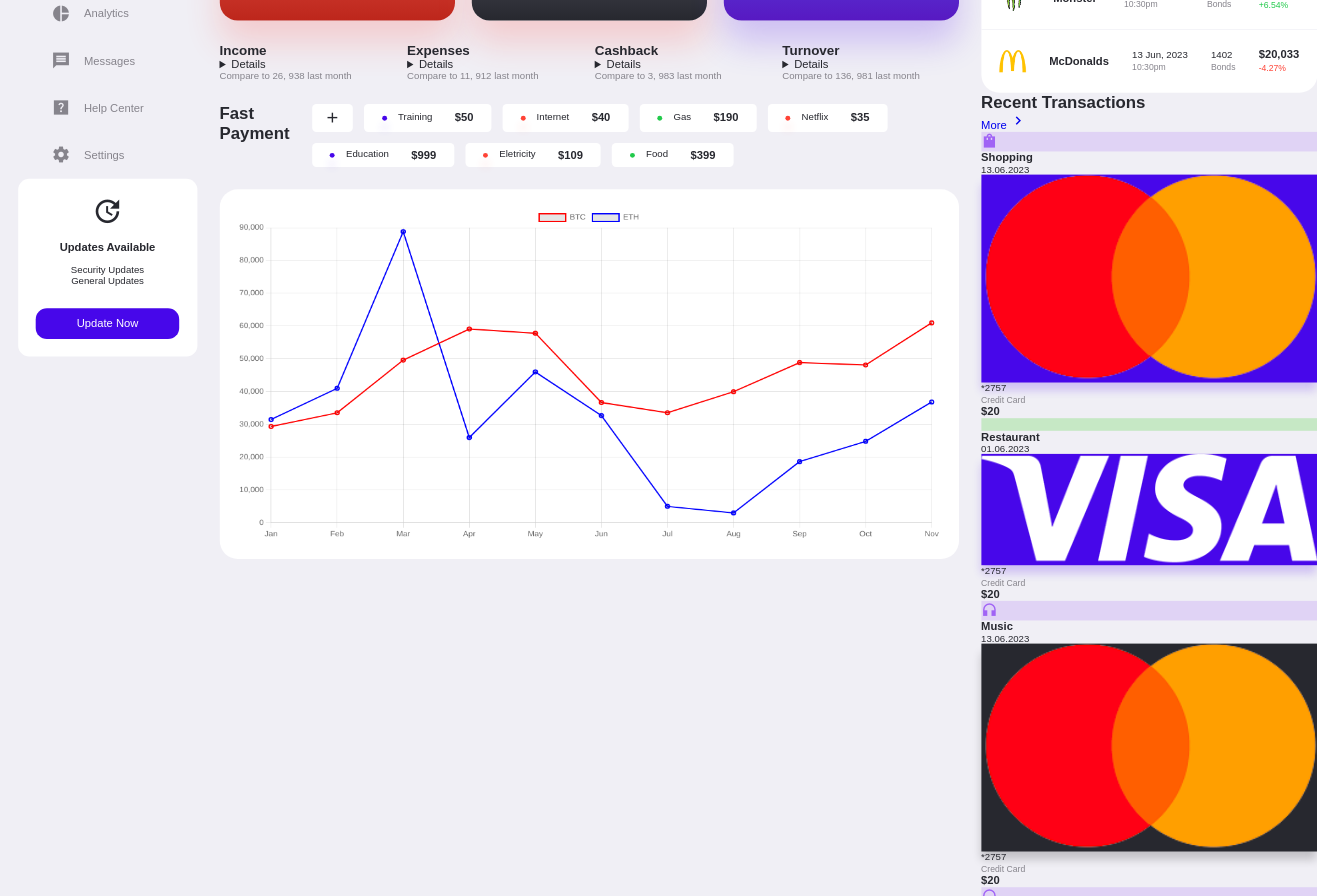
Repository: eziocdl/Admin_Dash
Page: index.html
These files come from the project's save history. The page is drawn as it stood at one moment and after the next save; the edit follows.
The browser window is 1280 px wide. The page is 1882 px wide, so the pictures cover 1882 px, including what lies to the right of the window. The pictures show the part of the page from y = 378 to 1658 px (the page is 2522 px tall before and 2383 px after), at 70% of full size.
Some web libraries are served in a nearby version.

Above is the page before, as saved 2023-06-15 13:41:19.

### index.html
<!DOCTYPE html>
<html lang="pt-BR">
<head>
    <meta charset="UTF-8">
    <meta http-equiv="X-UA-Compatible" content="IE=edge">
    <meta name="viewport" content="width=device-width, initial-scale=1.0">
    <title>DashBoard Responsiva</title>
    <!--MATERIAL ICONS CDN-->
    <link href="https://fonts.googleapis.com/icon?family=Material+Icons+Sharp" rel="stylesheet">
    <!--GOOGLE FONTES (POPPINS)-->
    <link rel="preconnect" href="https://fonts.googleapis.com">
<link rel="preconnect" href="https://fonts.gstatic.com" crossorigin>
<link href="https://fonts.googleapis.com/css2?family=Poppins:wght@300;400;500;600;700&display=swap"
   rel="stylesheet">
    <!--STYLESHEET-->
<link rel="stylesheet" href="style.css">
</head>
<body>
    <!--NAVEGACAO-->
    <nav>
        <div class="container">
            <img src="./images/logo.png" class="logo">
            <div class="search-bar">
                <span class="material-icons-sharp">search</span>
                <input type="search" placeholder="Search">
            </div>
            <div class="profile-area">
                <div class="theme-btn">
                    <span class="material-icons-sharp active">light_mode</span>
                    <span class="material-icons-sharp">dark_mode</span>
            </div>
            <div class="profile">
                    <div class="profile-photo">
                        <img src="./images/profile-1.jpg">
                    </div>
                    <h5>Asgard</h5>
                    <span class="material-icons-sharp">expand_more</span>
            </div>
            <button id="menu-btn">
                    <span class="material-icons-sharp">menu</span>
                </button>

            </div>

        </div>
    </nav>
    <!--FINAL DA NAVEGACAO-->

    <main>
        <aside>
            <button id="close-btn">
                <span class="material-icons-sharp">close</span>

            </button>

            <div class="sidebar">
                <a href="#" class="active">
                    <span class="material-icons-sharp">dashboard</span>
                    <h4>Dashboard</h4>
                </a>

                <a href="#">
                    <span class="material-icons-sharp">currency_exchange</span>
                    <h4>Exchange</h4>
                </a>

                <a href="#">
                    <span class="material-icons-sharp">account_balance_wallet</span>
                    <h4>Wallet</h4>
                </a>

                <a href="#">
                    <span class="material-icons-sharp">payment</span>
                    <h4>Transactions</h4>
                </a>

                <a href="#">
                    <span class="material-icons-sharp">pie_chart</span>
                    <h4>Analytics</h4>
                </a>

                <a href="#">
                    <span class="material-icons-sharp">message</span>
                    <h4>Messages</h4>
                </a>

                <a href="#">
                    <span class="material-icons-sharp">help_center</span>
                    <h4>Help Center</h4>
                </a>

                <a href="#">
                    <span class="material-icons-sharp">settings</span>
                    <h4>Settings</h4>
                </a>
            </div>
            <!------------------FINAL DO SIDEBAR------------------------------------------------>
            <div class="updates">
                <span class="material-icons-sharp">update</span>
                    <h4>Updates Available</h4>
                    <p>Security Updates</p>
                    <p>General Updates</p>
                    <a href="#">Update Now</a>
            </div>
        </aside>
        <!--FINAL DO ASIDE-->

        <section class="middle">
            <div class="header">
                <h1>Overview</h1>
                <input type="date">
            </div>

            <div class="cards">
                <div class="card">
                    <div class="top">
                        <div class="left">
                            <img src="./images/BTC.png">
                            <h2>BTC</h2>
                        </div>
                        <img src="./images/visa.png" class="right">
                    </div>

                    <div class="middle">
                             <h1>$827,199</h1>
                             <div class="chip">
                               <img src="./images/card chip.png">
                            </div>
                    </div>

                    <div class="bottom">
                        <div class="left">
                           <small>Card Holder</small>
                           <h5>JOHN DOE</h5>
                        </div>

                        <div class="right">
                            <div class="expiry">
                                <small>Expiry</small>
                                <h5>12/25</h5>
                            </div>
                            <div class="cvv">
                                <small>CVV</small>
                                <h5>123</h5>
                            </div>
                        </div>
                    </div>
                </div>
                <!-------------------FINAL DO CARTAO------------------------------------------------->
                <div class="card">
                    <div class="top">
                        <div class="left">
                            <img src="./images/ETH.png">
                            <h2>ETH</h2>
                        </div>
                        <img src="./images/master card.png" class="right">
                    </div>

                    <div class="middle">
                        <h1>$95,623</h1>
                        <div class="chip">
                            <img src="./images/card chip.png">
                        </div>
                    </div>

                    <div class="bottom">
                        <div class="left">
                           <small>Card Holder</small>
                           <h5>JOHN DOE</h5>
                        </div>

                        <div class="right">
                            <div class="expiry">
                                <small>Expiry</small>
                                <h5>05/27</h5>
                            </div>
                            <div class="cvv">
                                <small>CVV</small>
                                <h5>456</h5>
                            </div>
                        </div>
                    </div>
                </div>
                <!-------------------FINAL DO CARTAO 1------------------------------------------------->

                <div class="card">
                    <div class="top">
                        <div class="left">
                            <img src="./images/BTC.png">
                            <h2>BTC</h2>
                        </div>
                     <img src="./images/visa.png" class="right">
                    </div>

                    <div class="middle">
                        <h1>$74,384</h1>
                        <div class="chip">
                            <img src="./images/card chip.png">
                        </div>

                    </div>

                    <div class="bottom">
                        <div class="left">
                           <small>Card Holder</small>
                           <h5>JOHN DOE</h5>
                        </div>

                        <div class="right">
                            <div class="expiry">
                                <small>Expiry</small>
                                <h5>08/24</h5>
                            </div>
                            <div class="cvv">
                                <small>CVV</small>
                                <h5>789</h5>
                            </div>
                        </div>
                    </div>
                </div>
                <!-------------------FINAL DO CARTAO 2------------------------------------------------->
            </div>

            <!-------------------FINAL DOS CARDS-------------------------------------------------->
            <div class="monthly-report">
                <div class="report">
                     <h3>Income</h3>
                     <div>
                        <details>
                            <h1>29,023</h1>
                            <h6 class="success">+3.5%</h6>
                        </details>
                        <p class="text-muted">Compare to 26,
                        938 last month</p>
                     </div>
                </div>
               <!-- END OF INCOME REPORT--->
                <div class="report">
                    <h3>Expenses</h3>
                    <div>
                       <details>
                           <h1>9,005</h1>
                           <h6 class="danger">-6.5%</h6>
                       </details>
                       <p class="text-muted">Compare to 11,
                       912 last month</p>
                    </div>
               </div>
               <!-- END OF EXPENSES REPORT --->
               <div class="report">
                     <h3>Cashback</h3>
                     <div>
                        <details>
                            <h1>4,7004</h1>
                            <h6 class="success">+7.5%</h6>
                        </details>
                        <p class="text-muted">Compare to 3,
                        983 last month</p>
                     </div>
                </div>
                <!-- END OF CASHBACK REPORT --->
                <div class="report">
                     <h3>Turnover</h3>
                     <div>
                        <details>
                            <h1>118,900</h1>
                            <h6 class="danger">+17.8%</h6>
                        </details>
                        <p class="text-muted">Compare to 136,
                        981 last month</p>
                     </div>
                </div>
                <!-- END OF TURNOVER REPORT --->
            </div>

            <!--END OF MONTLY REPORT-->
            <div class="fast-payment">
                 <h2>Fast Payment</h2>
                 <div class="badges">
                      <div class="badge">
                        <span class="material-icons-sharp">
                        add</span>
                      </div>
                      <div class="badge">
                           <span class="bg-primary"></span>
                           <div>
                              <h5>Training</h5>
                              <h4>$50</h4>
                           </div>
                      </div>
                       <div class="badge">
                           <span class="bg-danger"></span>
                           <div>
                              <h5>Internet</h5>
                              <h4>$40</h4>
                           </div>
                      </div>
                      <div class="badge">
                           <span class="bg-success"></span>
                           <div>
                              <h5>Gas</h5>
                              <h4>$190</h4>
                           </div>
                      </div>
                      <div class="badge">
                           <span class="bg-danger"></span>
                           <div>
                              <h5>Netflix</h5>
                              <h4>$35</h4>
                           </div>
                      </div>
                      <div class="badge">
                           <span class="bg-primary"></span>
                           <div>
                              <h5>Education</h5>
                              <h4>$999</h4>
                           </div>
                      </div>
                      <div class="badge">
                           <span class="bg-danger"></span>
                           <div>
                              <h5>Eletricity</h5>
                              <h4>$109</h4>
                           </div>
                      </div>
                      <div class="badge">
                           <span class="bg-success"></span>
                           <div>
                              <h5>Food</h5>
                              <h4>$399</h4>
                           </div>
                      </div>
                </div>
            </div>

            <!--END OF PAYMENT---------------->

            <canvas id="chart"></canvas>

        </section>
        <!--FINAL DO MIDDLE-->
        <section class="right">
            <div class="investments">
                <div class="header">
                    <h2>Investments</h2>
                    <a href="#">More <span class="material-icons-sharp">
                        chevron_right</span></a>
                </div>

                <div class="investment">
                        <img src="./images/uniliver.png">
                        <h4>Uniliver</h4>
                        <div class="date-time">
                          <p>13 Jun, 2023</p>
                          <small class="text-muted">10:30pm</small>
                        </div>
                        <div class="bonds">
                              <p>1402</p>
                              <small class="text-muted">Bonds</small>
                        </div>
                        <div class="amount">
                              <h4>$20,033</h4>
                              <small class="success">+8.27%</small>
                        </div>
                    </div>
                    <!--END OF INVESTIMENT-->
                    <div class="investment">
                        <img src="./images/tesla.png">
                        <h4>Tesla</h4>
                        <div class="date-time">
                            <p>13 Jun, 2023</p>
                            <small class="text-muted">10:30pm</small>
                        </div>
                        <div class="bonds">
                              <p>1402</p>
                              <small class="text-muted">Bonds</small>
                        </div>
                        <div class="amount">
                              <h4>$20,033</h4>
                              <small class="success">+36.09%</small>
                        </div>
                    </div>
                    <!--END OF INVESTIMENT-->
                    <div class="investment">
                            <img src="./images/monster.png">
                            <h4>Monster</h4>
                            <div class="date-time">
                              <p>13 Jun, 2023</p>
                              <small class="text-muted">10:30pm</small>
                            </div>
                            <div class="bonds">
                              <p>1402</p>
                              <small class="text-muted">Bonds</small>
                            </div>
                            <div class="amount">
                              <h4>$20,033</h4>
                              <small class="success">+6.54%</small>
                            </div>
                    </div>
                    <!--END OF INVESTIMENT-->
                    <div class="investment">
                        <img src="./images/mcdonalds.png">
                        <h4>McDonalds</h4>
                        <div class="date-time">
                          <p>13 Jun, 2023</p>
                          <small class="text-muted">10:30pm</small>
                        </div>
                        <div class="bonds">
                              <p>1402</p>
                              <small class="text-muted">Bonds</small>
                        </div>
                        <div class="amount">
                              <h4>$20,033</h4>
                              <small class="danger">-4.27%</small>
                        </div>
                    </div>
                    <!--END OF INVESTIMENTS-->
                 </div>
            </div>
            <!--END OF INVESTIMENTS-->

            <div class="recent-transations">
                <div class="header">
                    <h2>Recent Transactions</h2>
                    <a href="#">More <span class="material-icons-sharp">chevron_right</span></a>
                </div>

                <div class="transation">
                    <div class="service">
                        <div class="icon bg-purple-light">
                            <span class="material-icons-sharp purple">shopping_bag</span>
                        </div>
                        <div class="details">
                            <h4>Shopping</h4>
                            <p>13.06.2023</p>
                        </div>
                    </div>
                    <div class="card-details">
                        <div class="card bg-primary">
                            <img src="./images/master card.png">
                        </div>
                        <div class="details">
                            <P>*2757</P>
                             <small class="text-muted">Credit Card</small>
                        </div>
                    </div>
                    <h4>$20</h4>
                </div>
                <!--END OF RECENT TRANSATION-->
                <div class="transation">
                    <div class="service">
                        <div class="icon bg-success-light">
                            <span class="material-icons-sharp success"></span>
                        </div>
                        <div class="details">
                            <h4>Restaurant</h4>
                            <p>01.06.2023</p>
                        </div>
                    </div>
                    <div class="card-details">
                        <div class="card bg-primary">
                            <img src="./images/visa.png">
                        </div>
                        <div class="details">
                            <P>*2757</P>
                             <small class="text-muted">Credit Card</small>
                        </div>
                    </div>
                    <h4>$20</h4>
                </div>
                <!--END OF RECENT TRANSATION-->
                <div class="transation">
                    <div class="service">
                        <div class="icon bg-purple-light">
                            <span class="material-icons-sharp purple">headphones</span>
                        </div>
                        <div class="details">
                            <h4>Music</h4>
                            <p>13.06.2023</p>
                        </div>
                    </div>
                    <div class="card-details">
                        <div class="card bg-dark">
                            <img src="./images/master card.png">
                        </div>
                        <div class="details">
                            <P>*2757</P>
                             <small class="text-muted">Credit Card</small>
                        </div>
                    </div>
                    <h4>$20</h4>
                </div>
                <!--END OF RECENT TRANSATION-->
                <div class="transation">
                    <div class="service">
                        <div class="icon bg-purple-light">
                            <span class="material-icons-sharp purple">headphones</span>
                        </div>
                        <div class="details">
                            <h4>Music</h4>
                            <p>13.06.2023</p>
                        </div>
                    </div>
                    <div class="card-details">
                        <div class="card bg-danger">
                            <img src="./images/visa.png">
                        </div>
                        <div class="details">
                            <P>*2757</P>
                             <small class="text-muted">Credit Card</small>
                        </div>
                    </div>
                    <h4>$20</h4>
                </div>
                <!--END OF RECENT TRANSATION-->
                <div class="transation">
                    <div class="service">
                        <div class="icon bg-purple-light">
                            <span class="material-icons-sharp purple">headphones</span>
                        </div>
                        <div class="details">
                            <h4>Music</h4>
                            <p>13.06.2023</p>
                        </div>
                    </div>
                    <div class="card-details">
                        <div class="card bg-danger">
                            <img src="./images/visa.png">
                        </div>
                        <div class="details">
                            <P>*2757</P>
                             <small class="text-muted">Credit Card</small>
                        </div>
                    </div>
                    <h4>$20</h4>
                </div>
                <!--END OF RECENT TRANSATION-->
                <div class="transation">
                    <div class="service">
                        <div class="icon bg-purple-light">
                            <span class="material-icons-sharp purple">headphones</span>
                        </div>
                        <div class="details">
                            <h4>Music</h4>
                            <p>13.06.2023</p>
                        </div>
                    </div>
                    <div class="card-details">
                        <div class="card bg-danger">
                            <img src="./images/visa.png">
                        </div>
                        <div class="details">
                            <P>*2757</P>
                             <small class="text-muted">Credit Card</small>
                        </div>
                    </div>
                    <h4>$20</h4>
                </div>
                <!--END OF RECENT TRANSATION-->
            </div>
            <!-------------------------------END OF RECENT OF TRANSATION------------------------------------------------------------------>
        </section>
         <!--FINAL DO MIDDLE-->
    </main>
    <!--===========================FINAL DO ASIDE======================================================-->

    <script src="https://cdnjs.cloudflare.com/ajax/libs/Chart.js/3.6.0/chart.min.js"
     integrity="sha512-GMGzUEevhWh8Tc/njS0bDpwgxdCJLQBWG3Z2Ct+JGOpVnEmjvNx6ts4v6A2XJf1HOrtOsfhv3hBKpK9kE5z8AQ=="
     crossorigin="anonymous" referrerpolicy="no-referrer">
    </script>

    <script src="./main.js"></script>
</body>
</html>

Loaded but not shown: main.js (30 lines, source omitted); style.css (565 lines, source omitted)

After the next save:
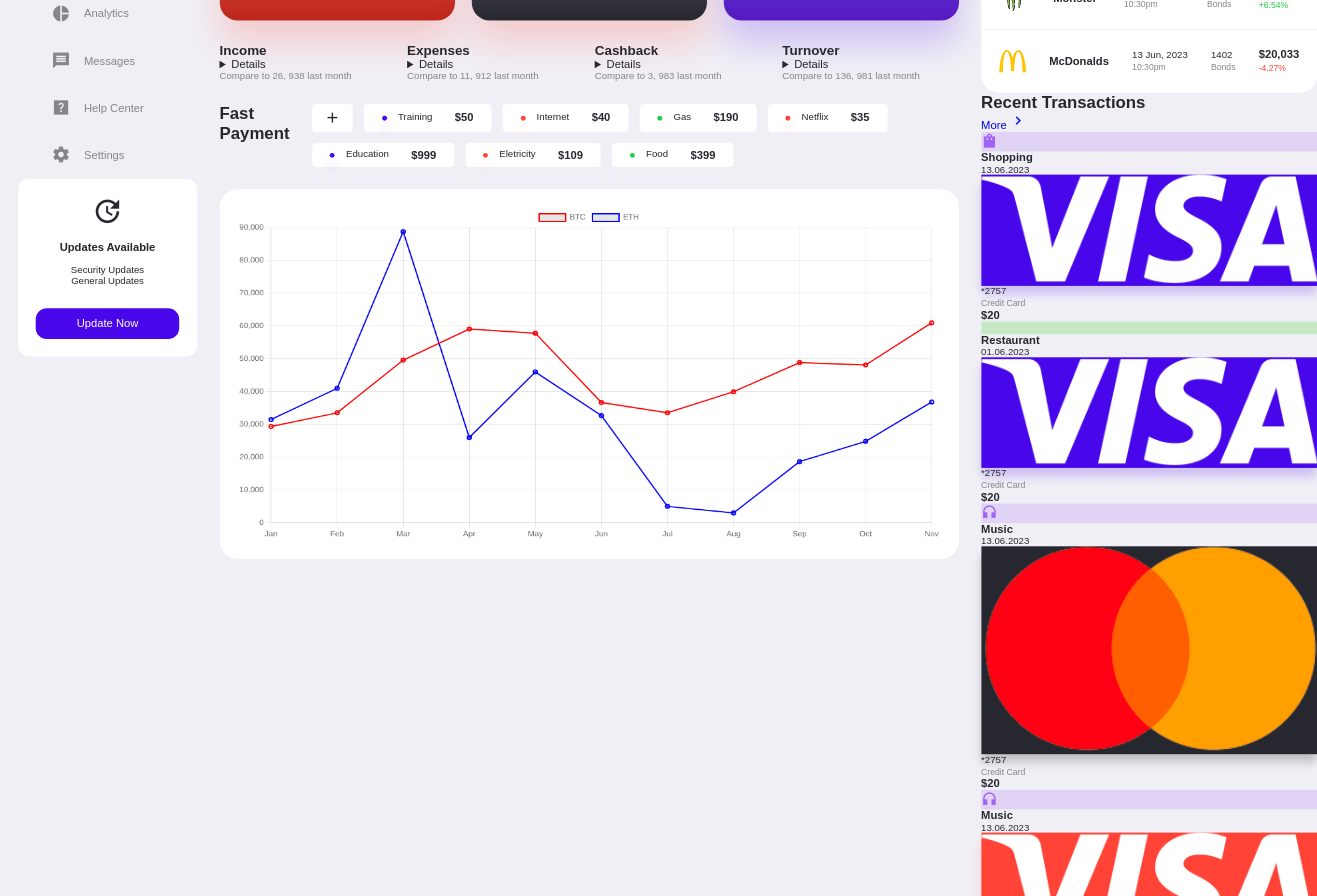
Saved 11 s later.
--- a/index.html
+++ b/index.html
@@ -437,7 +437,7 @@
                     </div>
                     <div class="card-details">
                         <div class="card bg-primary">
-                            <img src="./images/master card.png">
+                            <img src="./images/visa.png">
                         </div>
                         <div class="details">
                             <P>*2757</P>
